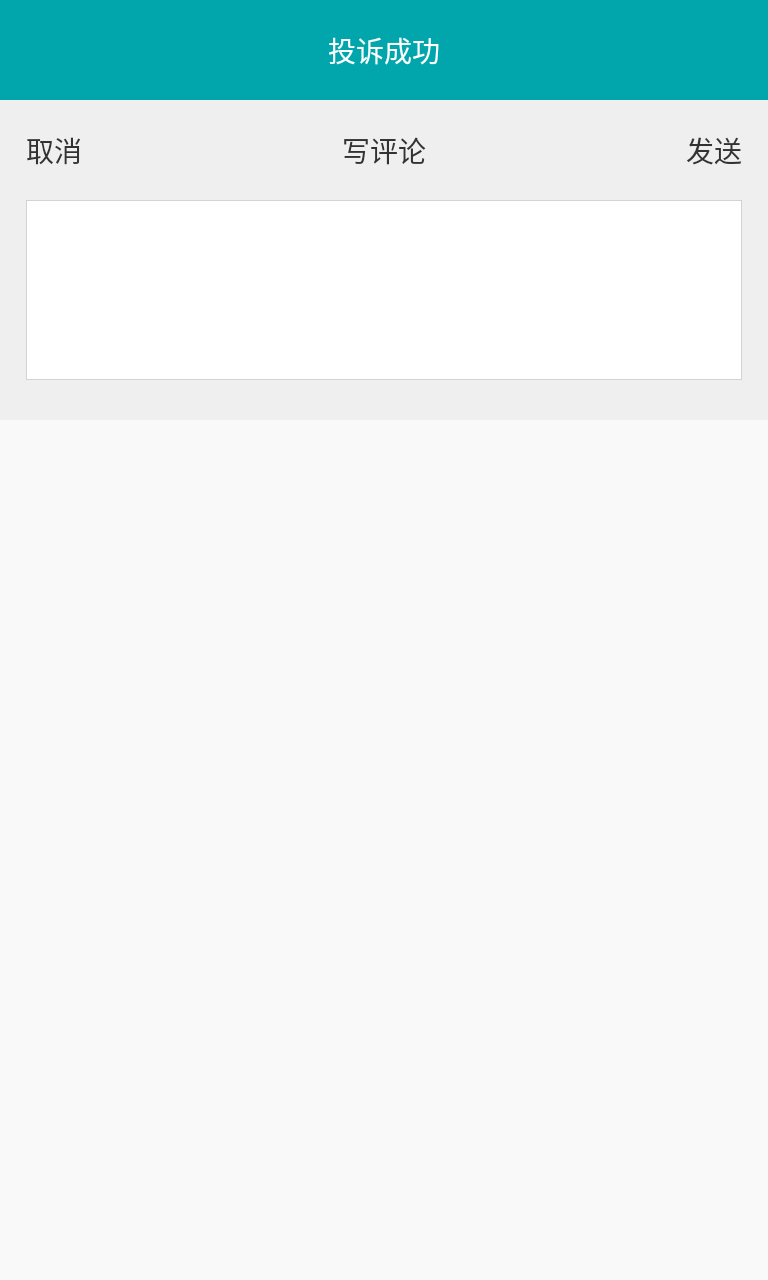
Repository: 2015-Forever/JWD
Layout: Jwd/res/layout/activity_complaint.xml
These files come from the project's save history. The layout is drawn as it stood at one moment and after the next save; the edit follows.
It is drawn on a 768 x 1280 px phone screen (xhdpi) without system bars, with theme AppTheme; the app's code is not run.

Above is the layout before, as saved 2015-07-16 07:31:38.

### Jwd/res/layout/activity_complaint.xml
<?xml version="1.0" encoding="utf-8"?>
<LinearLayout xmlns:android="http://schemas.android.com/apk/res/android"
    android:layout_width="match_parent"
    android:layout_height="match_parent"
    android:background="#F9F9F9"
    android:orientation="vertical" >

    <LinearLayout
        android:layout_width="match_parent"
        android:layout_height="50dp"
        android:background="#00a6ac"
        android:gravity="center" >

        <TextView
            android:layout_width="wrap_content"
            android:layout_height="wrap_content"
            android:text="投诉成功"
            android:textColor="#ffffff" />
    </LinearLayout>

    <LinearLayout
        android:layout_width="match_parent"
        android:layout_height="160dp"
        android:background="#EFEFEF"
        android:orientation="vertical"
        android:paddingLeft="13dp"
        android:paddingRight="13dp" >

        <LinearLayout
            android:layout_width="match_parent"
            android:layout_height="50dp"
            android:gravity="center_vertical"
            android:orientation="horizontal" >

            <TextView
                android:layout_width="wrap_content"
                android:layout_height="wrap_content"
                android:text="取消" />

            <TextView
                android:layout_width="wrap_content"
                android:layout_height="wrap_content"
                android:layout_weight="1"
                android:gravity="center_horizontal"
                android:text="写评论" />

            <TextView
                android:layout_width="wrap_content"
                android:layout_height="wrap_content"
                android:text="发送" />
        </LinearLayout>

        <EditText
            android:layout_width="match_parent"
            android:layout_height="90dp"
            android:background="@drawable/edittext_bg" />
    </LinearLayout>

</LinearLayout>

### Jwd/res/drawable/edittext_bg.xml
<?xml version="1.0" encoding="utf-8"?>
<selector xmlns:android="http://schemas.android.com/apk/res/android" >

    <item >
        <shape >
            <solid android:color="#FFFFFF"/>
            <stroke android:width="0.5dip" android:color="#D3D3D3"/>
        </shape>
    </item>

</selector>

Loaded but not shown: Jwd/res/values/styles.xml (common file); Jwd/res/values-v11/styles.xml (common file); Jwd/res/values-v14/styles.xml (common file)

After the next save:
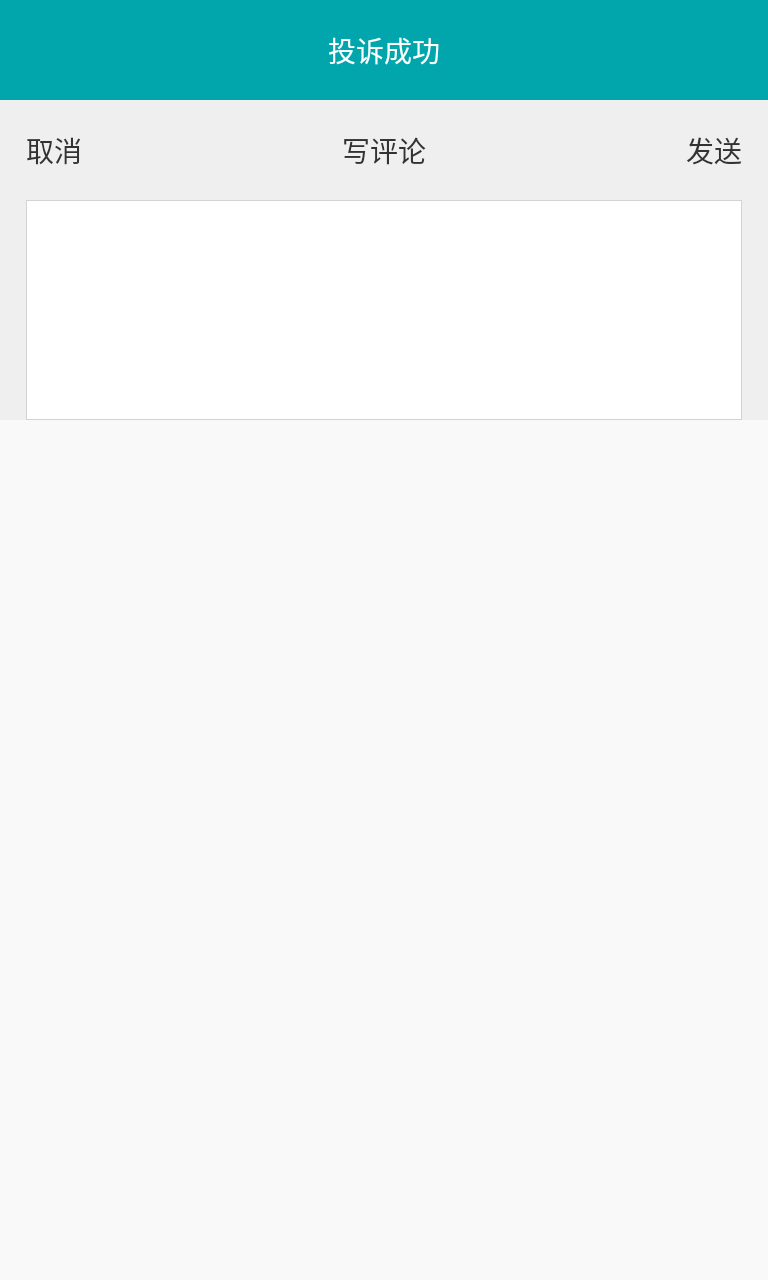
Saved 12 min 22 s later.
--- a/Jwd/res/layout/activity_complaint.xml
+++ b/Jwd/res/layout/activity_complaint.xml
@@ -51,9 +51,18 @@
         </LinearLayout>
 
         <EditText
-            android:layout_width="match_parent"
-            android:layout_height="90dp"
-            android:background="@drawable/edittext_bg" />
+            android:layout_width="fill_parent"
+            android:layout_height="match_parent"
+            android:background="@drawable/edittext_bg"
+            android:enabled="true"
+            android:gravity="top"
+            android:inputType="textMultiLine"
+            android:lineSpacingExtra="5dp"
+            android:paddingLeft="5dp"
+            android:paddingTop="5dp"
+            android:scrollbars="vertical"
+            android:textSize="13sp" >
+        </EditText>
     </LinearLayout>
 
 </LinearLayout>
